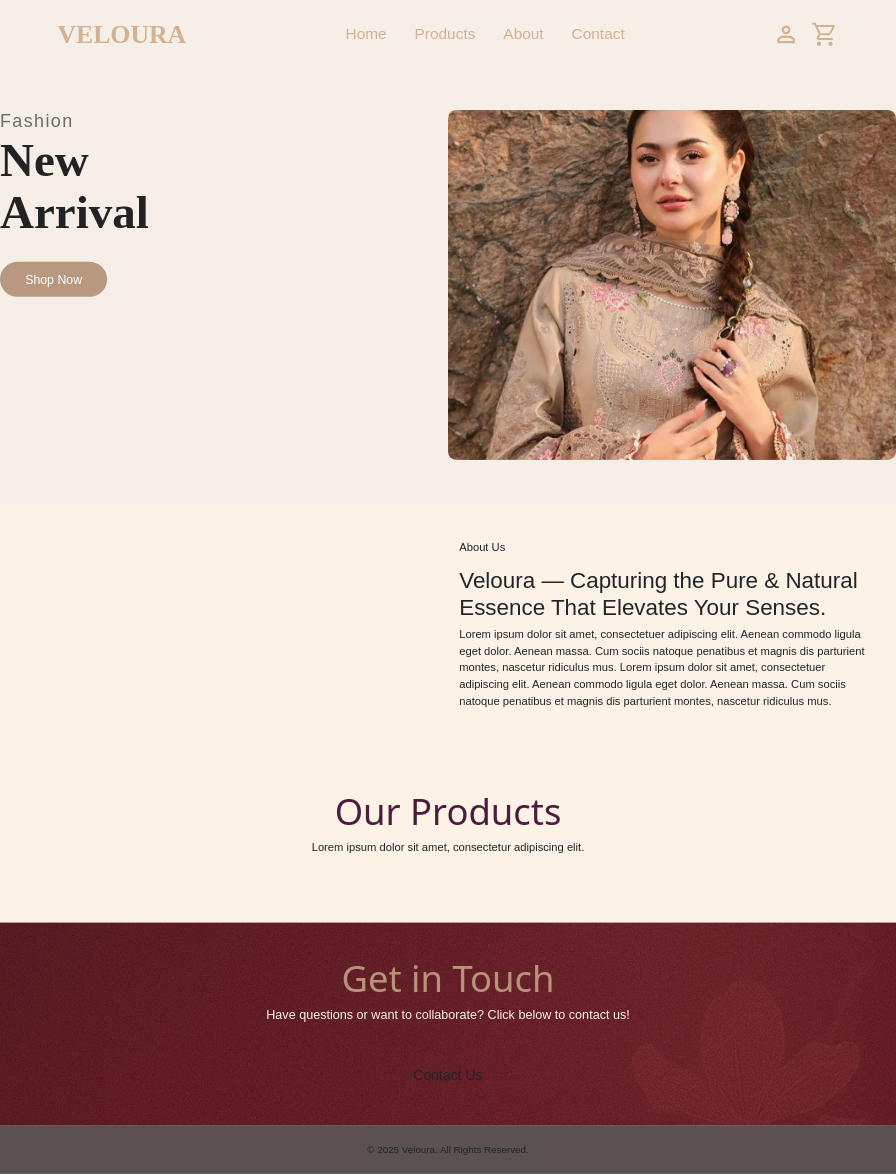
Repository: ayeshatehreem77/Clothing-store
Page: / (app in perfumes-app/)
The author's editor kept a copy of each file at every save. The page is drawn from the files as they stood at one save, then again after the next save.
The browser window is 1280 px wide. The pictures show the whole page, at 70% of full size.
Pictures or frames that could not be fetched are drawn as grey boxes. The page's requests for data from a server got no answer. The project was rebuilt for these pictures with package versions that can differ from the ones it lists, and the page was loaded fresh each time. No one was signed in, and anything a server would have sent is missing. Also part of the build but not shown: perfumes-app/src/components/Alert.js.

Above is the page before, as saved 2025-10-28 23:28:24.

After the next save:
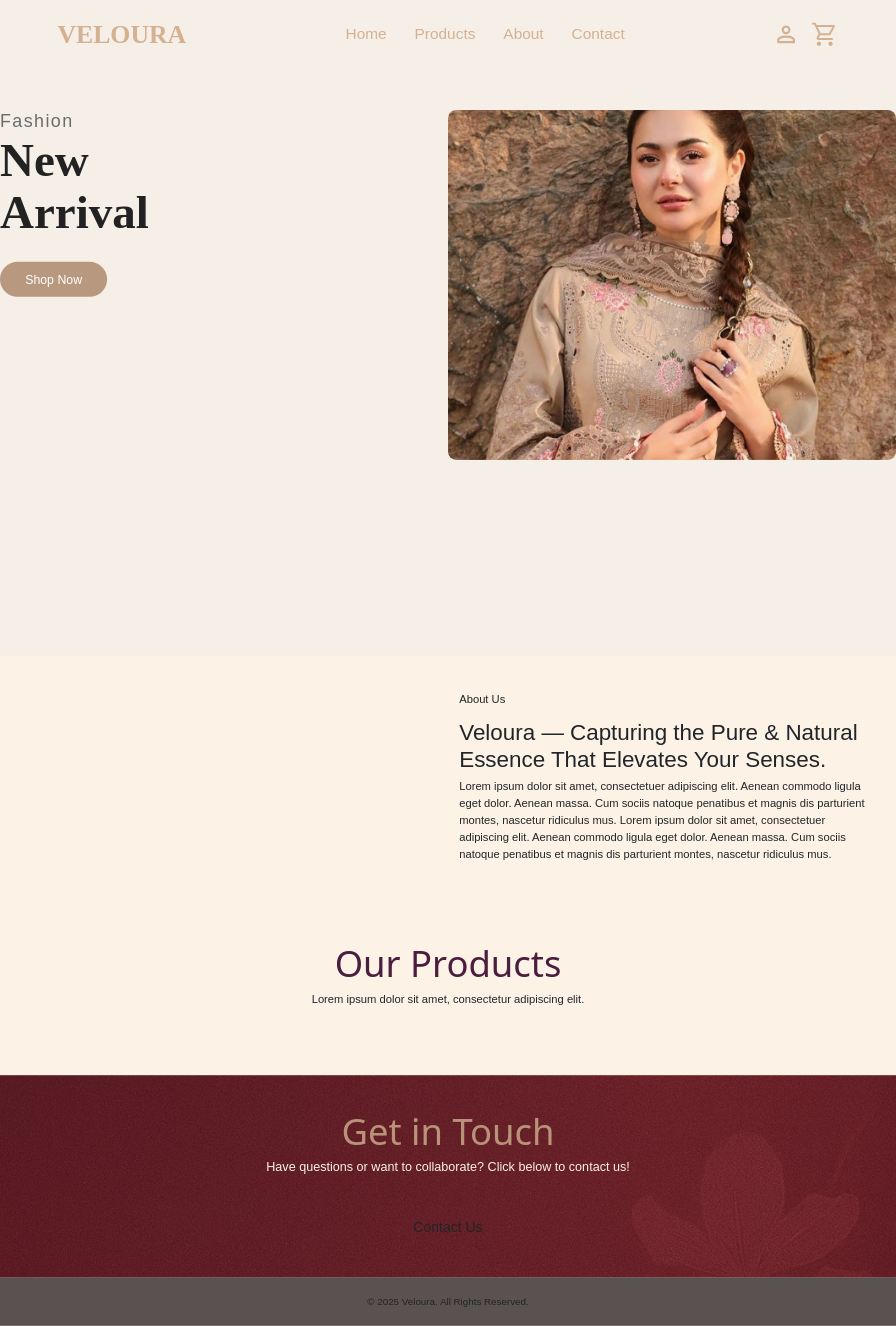
Saved 74 s later.
--- a/perfumes-app/src/App.css
+++ b/perfumes-app/src/App.css
@@ -43,14 +43,14 @@ button.navbar-toggler {
 
 /* =============== HERO LAYOUT =============== */
 .hero-layout {
-    display: flex
-;
+ display: flex;
     justify-content: center;
     align-items: flex-start;
     width: 100%;
     max-width: 1400px;
+    height: 100vh;
     margin: 60px 0;
-    /* gap: 50px; */
+
 }
 
 /* ---------- Left Section ---------- */
